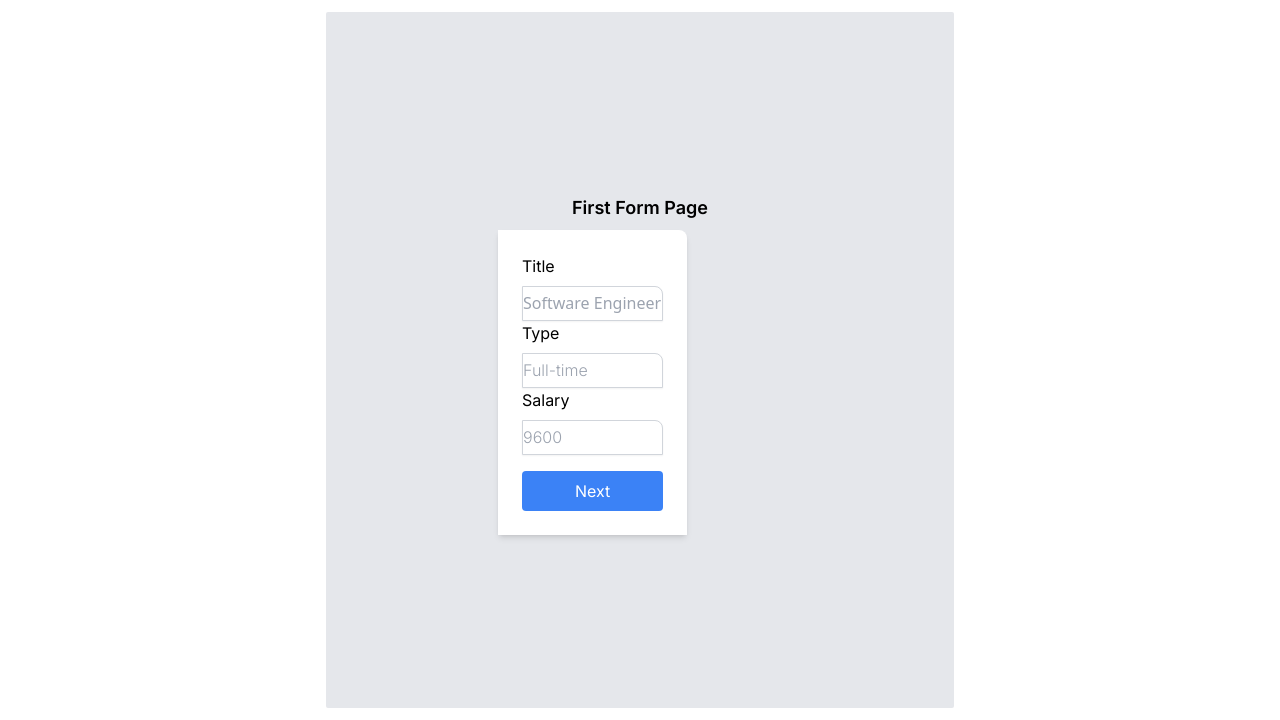
Repository: Abdibaye/Job-Sphere
Page: /form
The author's editor kept a copy of each file at every save. The page is drawn from the files as they stood at one save, then again after the next save.
The browser window is 1280 px wide. The pictures show the whole page.
The project was rebuilt for these pictures with package versions that can differ from the ones it lists, and the page was loaded fresh each time. Also part of the build but not shown: vite.config.js, src/components/search.jsx, src/components/navbar.jsx, src/pages/descriptionpage.jsx, src/components/job.jsx, src/components/feed.jsx, src/components/saved.jsx, src/components/filter.jsx and 4 more.

Above is the page before, as saved 2025-02-23 02:14:16.

After the next save:
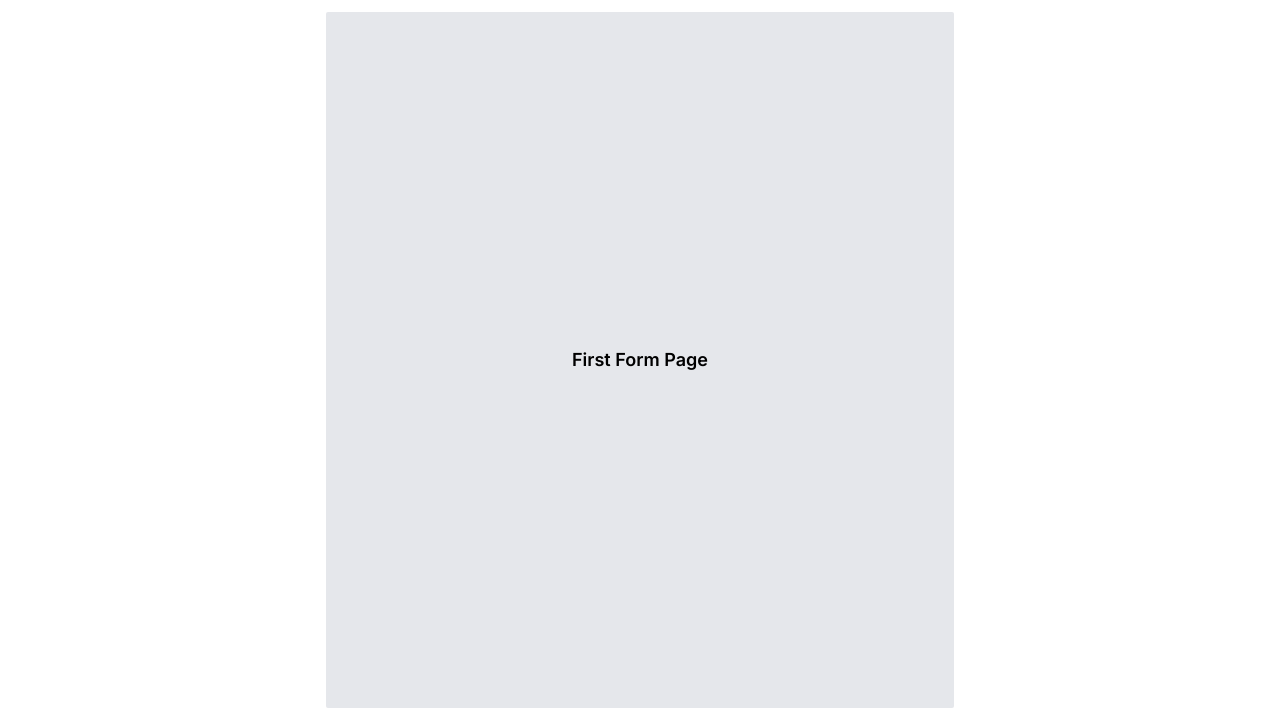
Saved 14 s later.
--- a/src/components/form.jsx
+++ b/src/components/form.jsx
@@ -10,7 +10,7 @@
 
 function Form() {
 
-  const [step, setStep] = useState(0);
+  const [step, setStep] = useState(1);
 
   const { values, handleBlur, handleChange, handleSubmit, errors } = useFormik({
     initialValues,

After the save that followed:
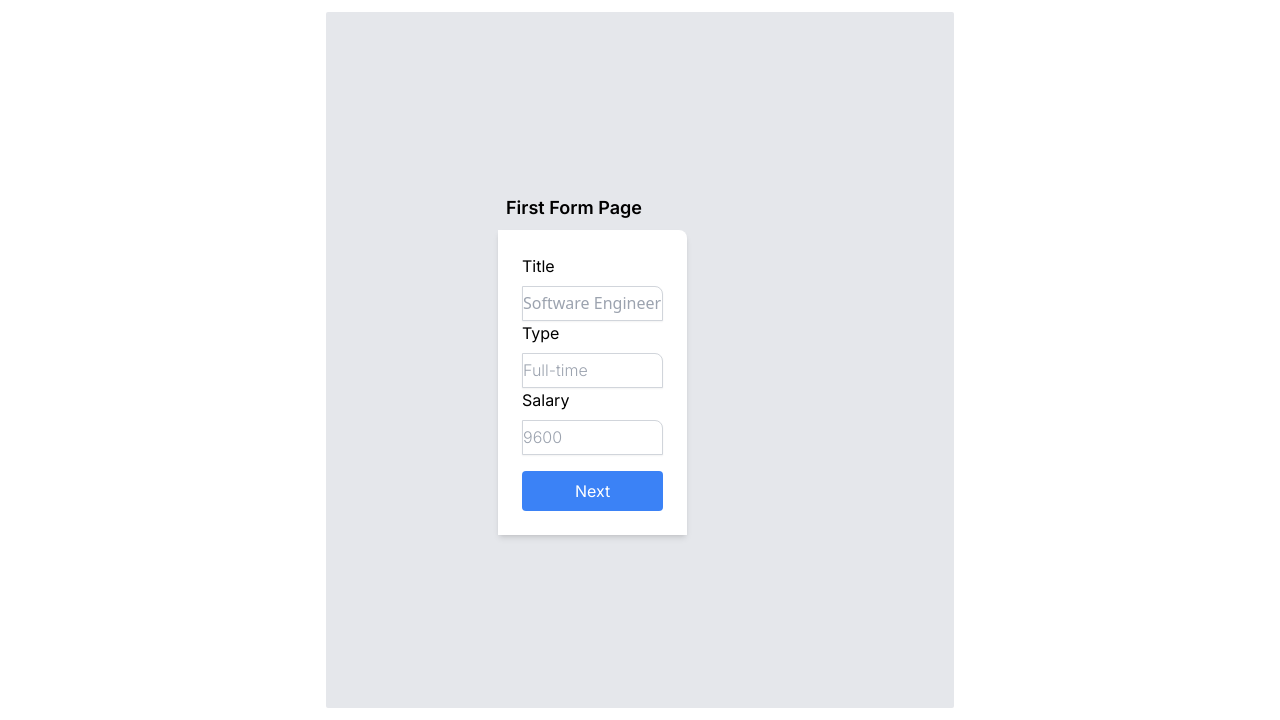
Saved 2 min 28 s later.
--- a/src/components/form.jsx
+++ b/src/components/form.jsx
@@ -10,7 +10,7 @@
 
 function Form() {
 
-  const [step, setStep] = useState(1);
+  const [step, setStep] = useState(0);
 
   const { values, handleBlur, handleChange, handleSubmit, errors } = useFormik({
     initialValues,
@@ -23,9 +23,8 @@
   return (
     <div className="h-screen font-inter flex justify-center p-3">
       <div className="bg-gray-200 w-1/2 rounded-sm flex flex-col justify-center items-center">
+      {step === 0 && <section>
         <h1 className="m-2 font-semibold text-lg">First Form Page</h1>
-      { step === 0 &&
-        <section>
           <form
           onSubmit={handleSubmit}
           className="bg-white w-2/3 h-fit flex flex-col justify-center p-6 rounded-tr-lg shadow-md"
@@ -79,9 +78,6 @@
           </button>
         </form>
         </section>}
-        <section>
-
-        </section>
       </div>
     </div>
   );
